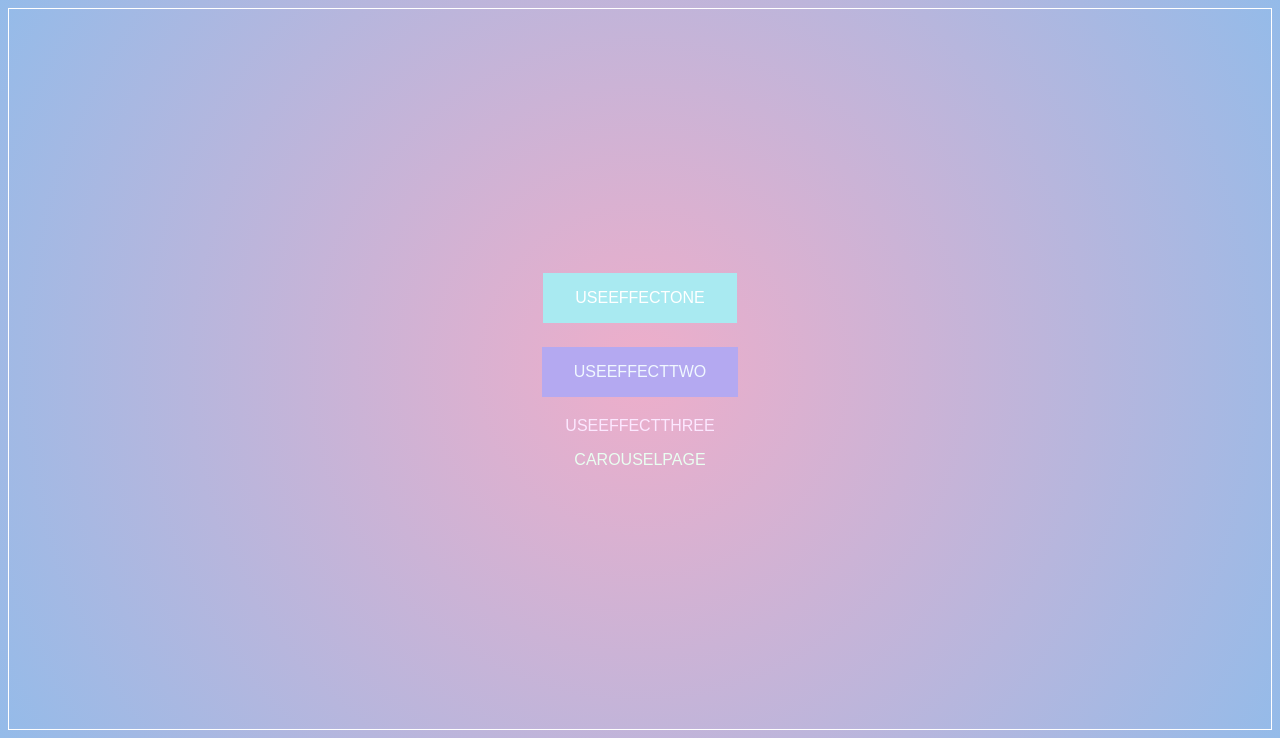
Repository: juliet-jskim/week-8-useEffect-carousel
Page: /
These files come from the project's save history. The page is drawn as it stood at one moment and after the next save; the edit follows.
The browser window is 1280 px wide. The pictures show the whole page.
The project was rebuilt for these pictures with package versions that can differ from the ones it lists, and the page was loaded fresh each time. The framework's server and built-in components were replaced by stand-ins that run in the browser. Also part of the build but not shown: next.config.js.

Above is the page before, as saved 2023-02-20 22:30:22.

After the next save:
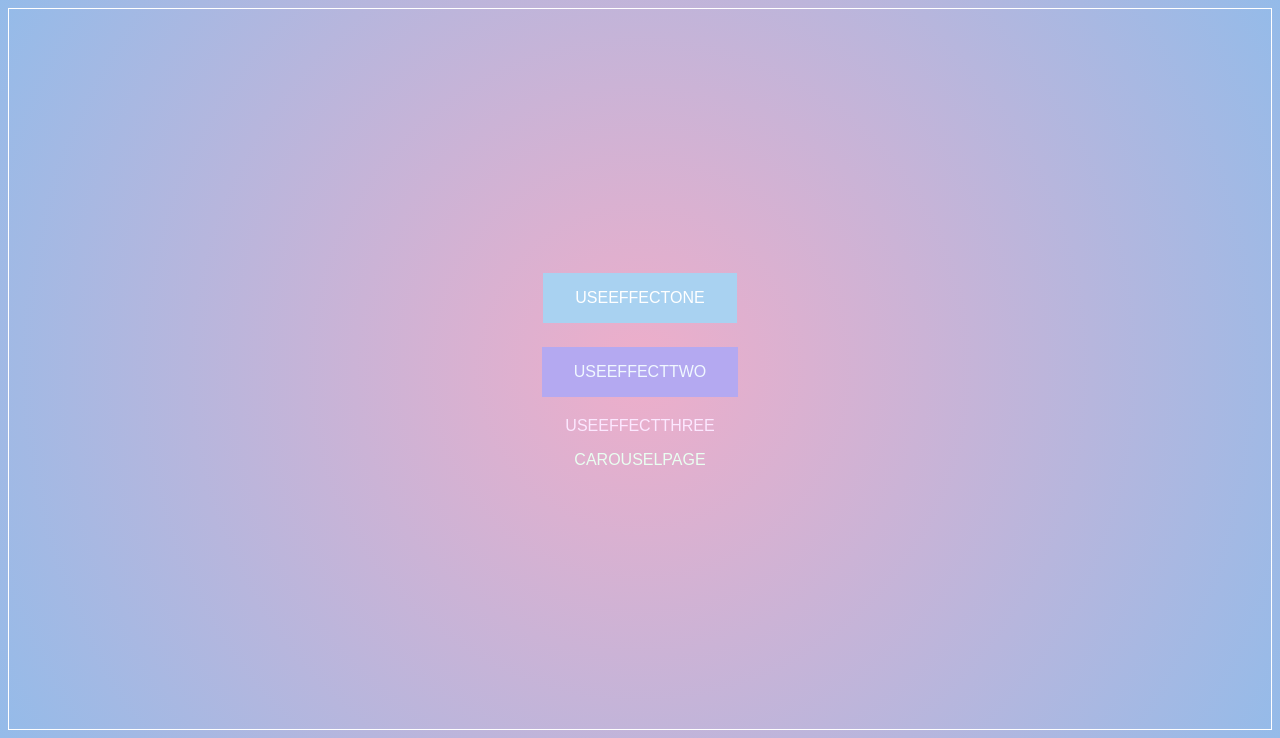
Saved 10 s later.
--- a/styles/Home.module.css
+++ b/styles/Home.module.css
@@ -14,7 +14,7 @@
   font-family: Arial, Helvetica, sans-serif;
   text-transform: uppercase;
   text-decoration: none;
-  background-color: #a9eaf1;
+  background-color: #a9d2f1;
   border: none;
   padding: 1rem 2rem;
   text-align: center;
